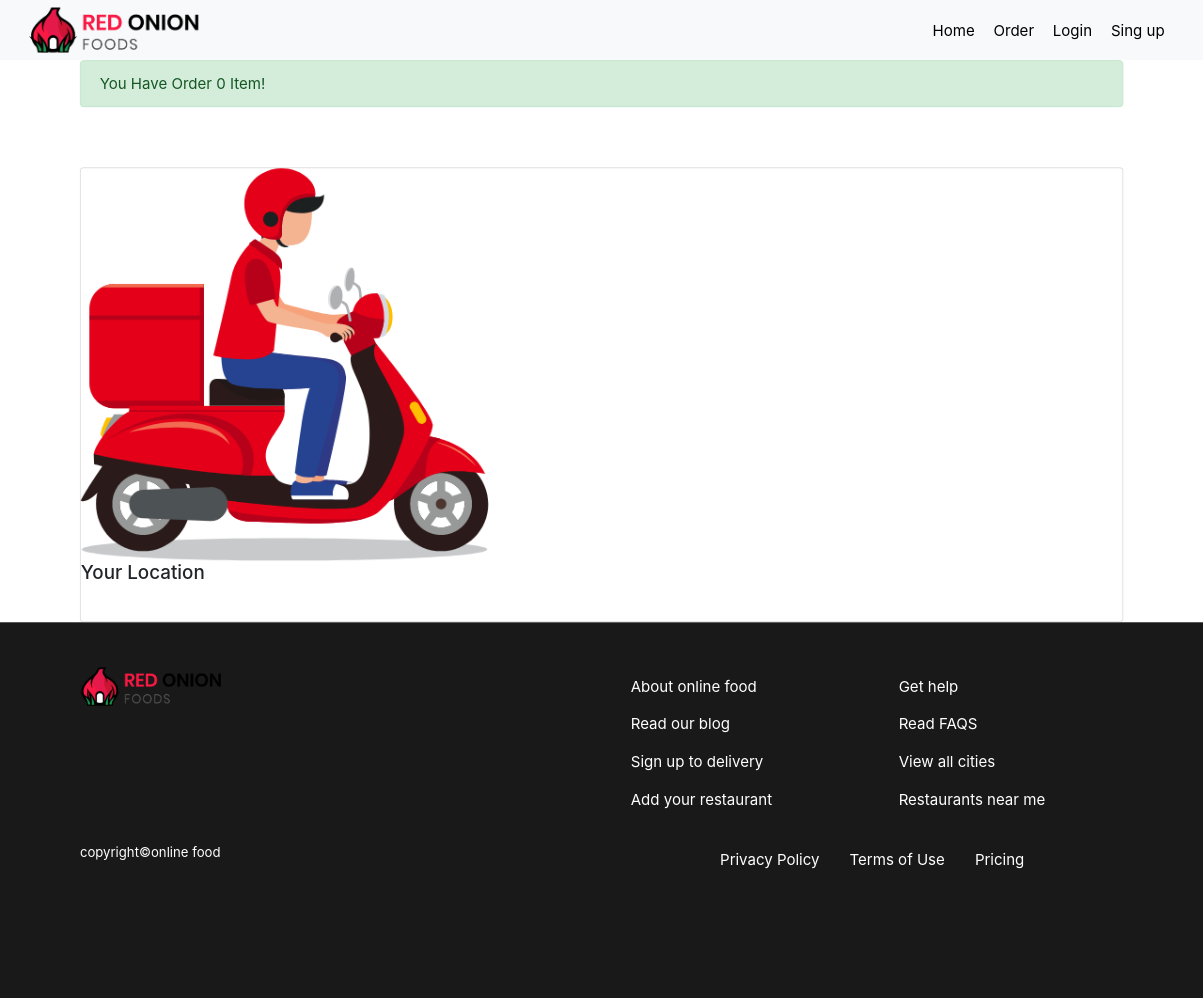
Repository: arif286/red-onion-client
Page: /order
The author's editor kept a copy of each file at every save. The page is drawn from the files as they stood at one save, then again after the next save.
The browser window is 1280 px wide. The pictures show the whole page, at 94% of full size.
The page's requests for data from a server got no answer. The project was rebuilt for these pictures with package versions that can differ from the ones it lists, and the page was loaded fresh each time. Some packages were replaced by stand-ins written for this rebuild. No one was signed in, and anything a server would have sent is missing. Also part of the build but not shown: src/App.css, src/components/CheckOut/CheckOut.css, src/components/CheckOut/CheckOutForm/CheckOutFrom.js, src/components/CheckOut/CheckOut.js, src/components/SearchBar/SearchBar.css, src/components/SearchBar/SearchBar.js, src/components/FoodDetails/FoodDetail.css, src/components/FoodDetails/FoodDetail.js and 12 more. Imported but missing from the stored project, and not drawn on this page: src/components/CheckOut/Map/Map.

Above is the page before, as saved 2021-04-06 04:29:16.

### public/index.html
<!DOCTYPE html>
<html lang="en">
  <head>
    <meta charset="utf-8" />
    <link rel="icon" href="%PUBLIC_URL%/favicon.ico" />
    <meta name="viewport" content="width=device-width, initial-scale=1" />
    <meta name="theme-color" content="#000000" />
    <meta
      name="description"
      content="Web site created using create-react-app"
    />
    <link rel="apple-touch-icon" href="%PUBLIC_URL%/logo192.png" />
    <!--
      manifest.json provides metadata used when your web app is installed on a
      user's mobile device or desktop. See https://developers.google.com/web/fundamentals/web-app-manifest/
    -->
    <link rel="manifest" href="%PUBLIC_URL%/manifest.json" />

    <!-- <link
      href="https://api.tiles.mapbox.com/mapbox-gl-js/v2.1.1/mapbox-gl.css"
      rel="stylesheet"
    /> -->
    <!--
      Notice the use of %PUBLIC_URL% in the tags above.
      It will be replaced with the URL of the `public` folder during the build.
      Only files inside the `public` folder can be referenced from the HTML.

      Unlike "/favicon.ico" or "favicon.ico", "%PUBLIC_URL%/favicon.ico" will
      work correctly both with client-side routing and a non-root public URL.
      Learn how to configure a non-root public URL by running `npm run build`.
    -->
    <title>Red Onion</title>
  </head>
  <body>
    <noscript>You need to enable JavaScript to run this app.</noscript>
    <div id="root"></div>
    <!--
      This HTML file is a template.
      If you open it directly in the browser, you will see an empty page.

      You can add webfonts, meta tags, or analytics to this file.
      The build step will place the bundled scripts into the <body> tag.

      To begin the development, run `npm start` or `yarn start`.
      To create a production bundle, use `npm run build` or `yarn build`.
    -->
  </body>
</html>

### src/App.js
import "bootstrap/dist/css/bootstrap.min.css";
import React, { createContext, useState } from "react";
import { BrowserRouter as Router, Route, Switch } from "react-router-dom";
import './App.css';
import CheckOut from "./components/CheckOut/CheckOut";
import Map from "./components/CheckOut/Map/Map";
import FoodDetail from "./components/FoodDetails/FoodDetail";
import Footer from "./components/Footer/Footer";
import Header from "./components/Header/Header";
import Home from './components/Home/Home';
import Login from "./components/LogIn/Login";
import Order from "./components/Order/Order";
import SingUp from "./components/SingUp/SingUp";


export const UserContext = createContext();
function App() {
  const [loggedInUser, setLoggedInUser] = useState({});
  return (
    <UserContext.Provider value={[loggedInUser, setLoggedInUser]}>
      <Router>
        <Header />
        <Switch>
          <Route path="/home">
            <Home />
          </Route>
          <Route path="/signUp">
            <SingUp />
          </Route>
          <Route path="/login">
            <Login />
          </Route>
          <Route path="/food/details/:foodId">
            <FoodDetail />
          </Route>
          <Route path='/checkOut'>
            <CheckOut/>
          </Route>
          <Route path='/order'>
            <Order/>
          </Route>
          <Route path='/map'>
            <Map/>
          </Route>
          <Route exact path="/">
            <Home/>
          </Route>
        </Switch>
        <Footer />
      </Router>
    </UserContext.Provider>
  );

}

export default App;

### src/components/Footer/Footer.js
import React from 'react';
import { NavLink } from 'react-bootstrap';
import Logo from '../../onion-restaurent/logo2.png';
import './Footer.css';

const Footer = () => {
    return (
      <footer>
        <div className="container">
          <div className="row pt-5">
            <div className="col-md-6 col-sm-12 pb-4">
              <img className="footer-img" src={Logo} alt="" />
            </div>
            <div className="col-md-3 col-sm-12 pb-4">
              <ul className="nav flex-column">
                <li className="nav-item">
                  <NavLink
                    className="nav-link active footer-link"
                    aria-current="page"
                    to="/"
                  >
                    About online food
                  </NavLink>
                </li>
                <li className="nav-item">
                  <NavLink className="nav-link footer-link" to="/">
                    Read our blog
                  </NavLink>
                </li>
                <li className="nav-item">
                  <NavLink className="nav-link footer-link" to="/">
                    Sign up to delivery
                  </NavLink>
                </li>
                <li className="nav-item">
                  <NavLink className="nav-link footer-link" to="/">
                    Add your restaurant
                  </NavLink>
                </li>
              </ul>
            </div>
            <div className="col-md-3 col-sm-12 pb-4">
              <ul className="nav flex-column">
                <li className="nav-item">
                  <NavLink
                    className="nav-link footer-link"
                    aria-current="page"
                    to="/"
                  >
                    Get help
                  </NavLink>
                </li>
                <li className="nav-item">
                  <NavLink className="nav-link footer-link" to="/">
                    Read FAQS
                  </NavLink>
                </li>
                <li className="nav-item">
                  <NavLink className="nav-link footer-link" to="/">
                    View all cities
                  </NavLink>
                </li>
                <li className="nav-item">
                  <NavLink className="nav-link footer-link" to="/">
                    Restaurants near me
                  </NavLink>
                </li>
              </ul>
            </div>
          </div>

          <div className="row">
            <div className="col-md-7">
              <p className='copy-right'>
                <small>
                  copyright<span>&#169;</span>online food
                </small>
              </p>
            </div>
            <div className="col-md-5">
              <div className='d-flex'>
                <NavLink className="footer-link">Privacy Policy</NavLink>
                <NavLink className="footer-link">Terms of Use</NavLink>
                <NavLink className="footer-link">Pricing</NavLink>
              </div>
            </div>
          </div>
        </div>
      </footer>
    );
};

export default Footer;

### src/components/Header/Header.js
import { faShoppingCart } from "@fortawesome/free-solid-svg-icons";
import { FontAwesomeIcon } from "@fortawesome/react-fontawesome";
import React from 'react';
import { NavLink } from "react-router-dom";
import logo from '../../onion-restaurent/logo2.png';
import './Header.css';
const cart = <FontAwesomeIcon icon={faShoppingCart} />;
const Header = () => {
    const header = {
        logo : {width: '180px'}
    }
    return (
      <div>
        <nav className="navbar navbar-expand-lg navbar-light bg-light">
          <div className="container-fluid">
            <div>
              <img style={header.logo} src={logo} alt="" />
            </div>
            <button
              className="navbar-toggler"
              type="button"
              data-bs-toggle="collapse"
              data-bs-target="#navbarNav"
              aria-controls="navbarNav"
              aria-expanded="false"
              aria-label="Toggle navigation"
            >
              <span className="navbar-toggler-icon"></span>
            </button>
            <div
              className="collapse  navbar-collapse justify-content-end"
              id="navbarNav"
            >
              <ul className="navbar-nav align-items-center">
                <li className="nav-item">
                  <NavLink className="header-link" to="/">
                    Home
                  </NavLink>
                </li>
                <li className="nav-item">
                  <NavLink className="header-link" to="/order">
                    Order
                  </NavLink>
                </li>
                <li className="nav-item">
                  <NavLink className="header-link" to="/login">
                    Login
                  </NavLink>
                </li>
                <li className="nav-item">
                  <NavLink className="header-link" to="/signUp">
                    Sing up
                  </NavLink>
                </li>
              </ul>
            </div>
          </div>
        </nav>
      </div>
    );
};

export default Header;

### src/components/Order/Order.js
import axios from "axios";
import React, { useContext, useEffect, useState } from "react";
import { Alert, Card, Col, Container, Row } from "react-bootstrap";
import { UserContext } from "../../App";
import delivery from "../../onion-restaurent/Image/Group 1151.png";


const Order = () => {
  const [order, setOrder] = useState([]);
  const [loggedInUser, setLoggedInUser] = useContext(UserContext);

  useEffect(() => {
    axios.get(`http://localhost:5000/orderDetails?email=${loggedInUser.email}`)
      .then(res => {
        console.log(res.data)
        setOrder(res.data)
      })
      .catch(err => console.log(err));
  }, [loggedInUser.email]);
  const {address, date, foodName, picture, name, totalPrice} = order;
  return (
    <Container>
      <Alert variant="success">You Have Order {order.length} Item!</Alert>
      <Row className="justify-content-between">
        {order.map((item) => (
          <Col xs={12} sm={3}>
            <Card className="d-flex">
              <img src={item.picture} alt="" />
              <Card.Body>
                <Card.Title>{item.foodName}</Card.Title>
                <Card.Text>quantity: ${item.quantity}</Card.Text>
                <Card.Text>Total: ${item.totalPrice}</Card.Text>
              </Card.Body>
            </Card>
          </Col>
        ))}
      </Row>
      <Row className="mt-5">
        <Col>
          <Card className="d-flex">
            <div>
              <img src={delivery} alt="" />
            </div>
            <h5>Your Location</h5>
            <p>{order[0]?.address}</p>
            <p>{order[0]?.date}</p>
          </Card>
        </Col>
      </Row>
    </Container>
  );
};

export default Order;

### src/components/Footer/Footer.css
.footer-img {
  width: 150px;
}
footer {
  background-color: #191919;
  height: 400px;
}
.footer-link {
  color: white;
}
.footer-link:hover {
  color: #878787;
}
.copy-right {
  color: white;
}

### src/components/Header/Header.css
.header-link {
  color: black;
  display: inline-block;
  padding: 10px;
}
.header-link:hover {
  text-decoration: none;
  color: #777777;
}
.cart-btn {
  border: none;
  background: none;
}

Loaded but not shown: src/index.js (common file); src/index.css (common file); src/reportWebVitals.js (common file)

After the next save:
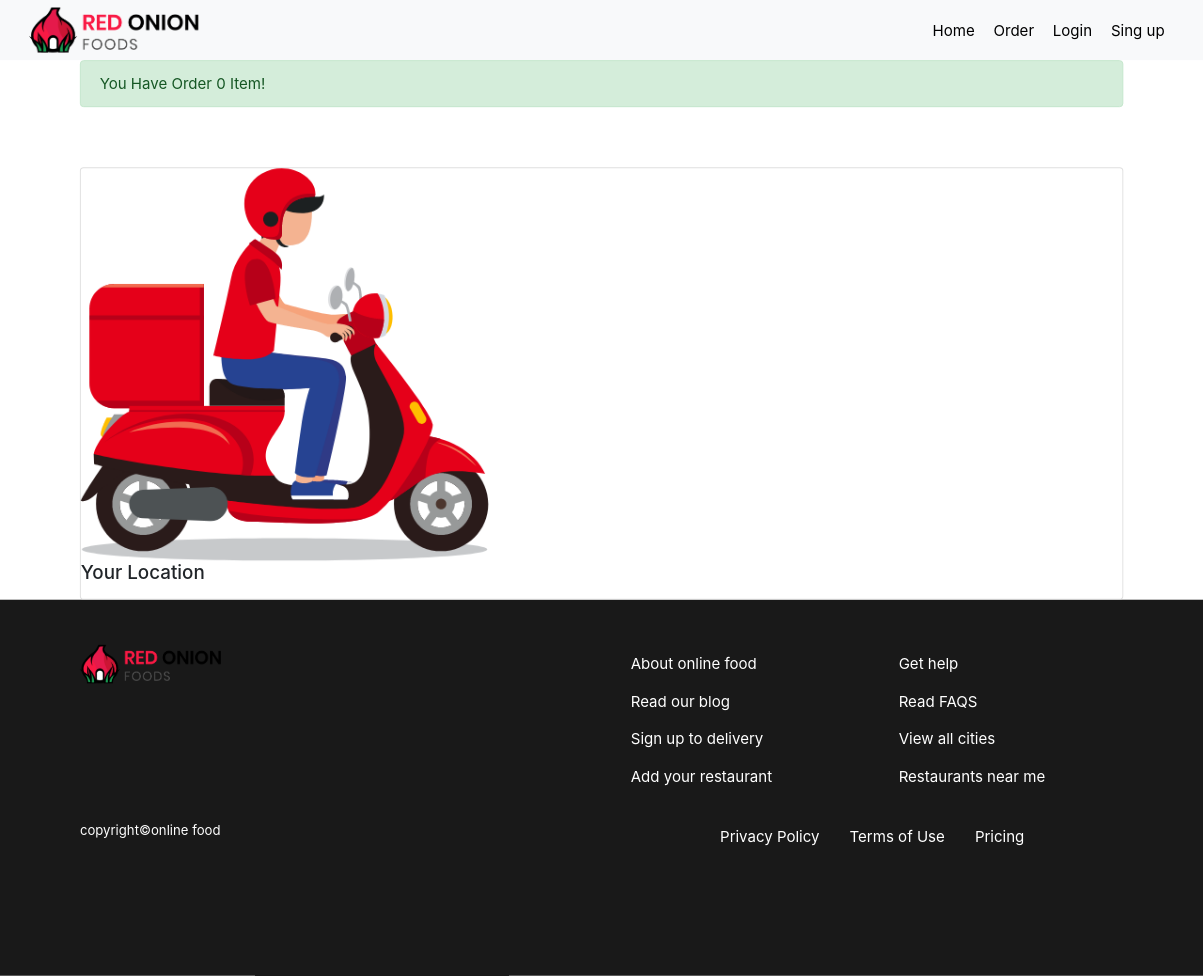
Saved 12 s later.
--- a/src/components/Order/Order.js
+++ b/src/components/Order/Order.js
@@ -41,9 +41,11 @@ const Order = () => {
             <div>
               <img src={delivery} alt="" />
             </div>
-            <h5>Your Location</h5>
-            <p>{order[0]?.address}</p>
-            <p>{order[0]?.date}</p>
+            <div>
+              <h5>Your Location</h5>
+              <p>{order[0]?.address}</p>
+              <p>{order[0]?.date}</p>
+            </div>
           </Card>
         </Col>
       </Row>
